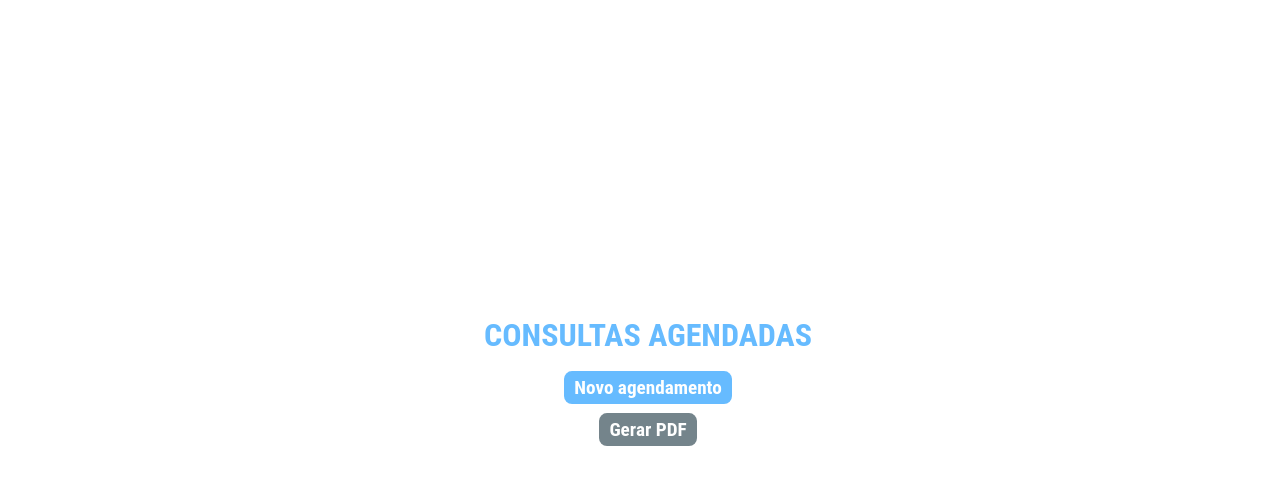
Repository: ohenriquesouza/HospitalCRUD-using-JavaEE
Page: http://localhost/JSP_test/main
These files come from the project's save history. The page is drawn as it stood at one moment and after the next save; the edit follows.
The browser window is 1280 px wide. The pictures show the whole page.
Some web fonts or font styles are not loaded; a fallback is used. The page is served by Tomcat 10. Other server files are loaded and not shown. Queries for data that is not in the repository find no rows.

Above is the page before, as saved 2022-12-28 15:56:40.

### JSP_test/src/main/webapp/cadastro.jsp
<%@ page language="java" contentType="text/html; charset=utf-8"
    pageEncoding="utf-8"%>
<%@ page import="model.JavaBeans" %>
<%@ page import="java.util.ArrayList" %>
<%
	ArrayList<JavaBeans> consultas = (ArrayList<JavaBeans>) request.getAttribute("consultasAgendadas");
%>
<!DOCTYPE html>
<html lang="pt-br">
<head>
<meta charset="utf-8">
<title>Cadastro de pacientes</title>
<link rel="icon" href="imgs/usericon.png">
<link rel="stylesheet" href="style.css">
</head>
<body>
	<center><h1>CONSULTAS AGENDADAS</h1></center>
	<center><a class="botao1" href="novaConsulta.html">Novo agendamento</a></center>
	<%if(consultas.size() > 0){ %>
	<table id="tabela">
		<thead>
			<tr>
				<th>ID</th>
				<th>Nome</th>
				<th>Número da carteira</th>
				<th>Plano de saúde</th>
				<th>Especialidade</th>
				<th>Opções</th>
			</tr>
		</thead>
		<tbody>
			<%for(int i = 0; i < consultas.size(); i++){ %>
			<tr>
				<td><%=consultas.get(i).getidPaciente() %></td>
				<td><%=consultas.get(i).getnomePaciente() %></td>
				<td><%=consultas.get(i).getnmCarteira() %></td>
				<td><%=consultas.get(i).getPlanSaude() %></td>
				<td><%=consultas.get(i).getespeci() %></td>
				<td><a href="select?idPaciente=<%=consultas.get(i).getidPaciente() %>" class="botao1">Editar</a>
				<a href="javascript: confirmacao(<%=consultas.get(i).getidPaciente() %>)" class="botao2">Remover</a></td>
			</tr>
			<%}} %>
		</tbody>



	</table>
	<br>
	<center><a href="relatorio" class="botao3">Gerar PDF</a></center>
	<script src="scripts/confirmacao.js"></script>
</body>
</html>

### JSP_test/src/main/java/controller/Controller.java
package controller;

import java.io.IOException;
import java.util.ArrayList;

import com.itextpdf.text.Document;
import com.itextpdf.text.Paragraph;
import com.itextpdf.text.pdf.PdfPCell;
import com.itextpdf.text.pdf.PdfPTable;
import com.itextpdf.text.pdf.PdfWriter;

import jakarta.servlet.RequestDispatcher;
import jakarta.servlet.ServletException;
import jakarta.servlet.annotation.WebServlet;
import jakarta.servlet.http.HttpServlet;
import jakarta.servlet.http.HttpServletRequest;
import jakarta.servlet.http.HttpServletResponse;
import model.DAO;
import model.JavaBeans;

@WebServlet(urlPatterns = { "/Controller", "/main", "/insert", "/select", "/edit", "/delete", "/relatorio" })
@SuppressWarnings("unused")
public class Controller extends HttpServlet {
	private static final long serialVersionUID = 1L;
	DAO dao = new DAO();
	JavaBeans consulta = new JavaBeans();

	public Controller() {
		super();

	}

	protected void doGet(HttpServletRequest request, HttpServletResponse response)
			throws ServletException, IOException {

		String action = request.getServletPath();
		System.out.println(action);
		if (action.equals("/main")) {
			consultas(request, response);
		} else if (action.equals("/insert")) {
			novoAgendamento(request, response);
		} else if (action.equals("/select")) {
			listarConsultas(request, response);
		} else if (action.equals("/edit")) {
			editarConsulta(request, response);
		} else if (action.equals("/delete")) {
			removeConsulta(request, response);
		} else if (action.equals("/relatorio")) {
			gerarpdf(request, response);
		} else {
			response.sendRedirect("index.html");
		}
	}

	protected void consultas(HttpServletRequest request, HttpServletResponse response)
			throws ServletException, IOException {

		ArrayList<JavaBeans> consultas = dao.visualizarConsultas();
		request.setAttribute("consultasAgendadas", consultas);
		RequestDispatcher rd = request.getRequestDispatcher("cadastro.jsp");
		rd.forward(request, response);
	}

	protected void novoAgendamento(HttpServletRequest request, HttpServletResponse response)
			throws ServletException, IOException {

		// System.out.println(request.getParameter("nome"));
		// System.out.println(request.getParameter("NmCarteira"));
		// System.out.println(request.getParameter("plan"));
		// System.out.println(request.getParameter("especs"));

		consulta.setnomePaciente(request.getParameter("nome"));
		consulta.setnmCarteira(request.getParameter("NmCarteira"));
		consulta.setPlanSaude(request.getParameter("plan"));
		consulta.setespeci(request.getParameter("especs"));

		dao.agendarConsulta(consulta);
		response.sendRedirect("main");
	}

	protected void listarConsultas(HttpServletRequest request, HttpServletResponse response)
			throws ServletException, IOException {

		String idPacienteAux = request.getParameter("idPaciente");
		consulta.setidPaciente(idPacienteAux);
		dao.selecionaConsulta(consulta);
		request.setAttribute("idPaciente", consulta.getidPaciente());
		request.setAttribute("nome", consulta.getnomePaciente());
		request.setAttribute("NmCarteira", consulta.getnmCarteira());
		request.setAttribute("plan", consulta.getPlanSaude());
		request.setAttribute("espcs", consulta.getespeci());
		RequestDispatcher rd = request.getRequestDispatcher("edit.jsp");
		rd.forward(request, response);
	}

	protected void editarConsulta(HttpServletRequest request, HttpServletResponse response)
			throws ServletException, IOException {
		// System.out.println(request.getParameter("iduser"));
		// System.out.println(request.getParameter("nome"));
		// System.out.println(request.getParameter("NmCarteira"));
		// System.out.println(request.getParameter("plan"));
		// System.out.println(request.getParameter("especs"));

		consulta.setidPaciente(request.getParameter("iduser"));
		consulta.setnomePaciente(request.getParameter("nome"));
		consulta.setnmCarteira(request.getParameter("NmCarteira"));
		consulta.setPlanSaude(request.getParameter("plan"));
		consulta.setespeci(request.getParameter("especs"));
		dao.alteraConsulta(consulta);
		response.sendRedirect("main");
	}

	protected void removeConsulta(HttpServletRequest request, HttpServletResponse response)
			throws ServletException, IOException {

		String idRemover = request.getParameter("idPaciente");
		consulta.setidPaciente(idRemover);
		dao.removeConsulta(consulta);
		response.sendRedirect("main");
	}

	protected void gerarpdf(HttpServletRequest request, HttpServletResponse response)
			throws ServletException, IOException {

		Document doc = new Document();
		int cont = 0;
		try {
			response.setContentType("apllication/pdf");
			response.addHeader("Content-Disposition", "inline; filename=" + "Consultas.pdf");
			PdfWriter.getInstance(doc, response.getOutputStream());
			doc.open();
			doc.add(new Paragraph("Consultas agendadas:"));
			doc.add(new Paragraph(" "));
			PdfPTable table = new PdfPTable(4);
			PdfPCell col1 = new PdfPCell(new Paragraph("Nome"));
			PdfPCell col2 = new PdfPCell(new Paragraph("Nº da carteira"));
			PdfPCell col3 = new PdfPCell(new Paragraph("Plano de Saúde"));
			PdfPCell col4 = new PdfPCell(new Paragraph("Especialidade"));
			table.addCell(col1);
			table.addCell(col2);
			table.addCell(col3);
			table.addCell(col4);
			ArrayList<JavaBeans> consultas = dao.visualizarConsultas();
			for (int i = 0; i < consultas.size(); i++) {
				table.addCell(consultas.get(i).getnomePaciente());
				table.addCell(consultas.get(i).getnmCarteira());
				table.addCell(consultas.get(i).getPlanSaude());
				table.addCell(consultas.get(i).getespeci());
				cont++;
			}
			doc.add(table);
			doc.add(new Paragraph("No total, foram agendadas " + cont + " consultas."));
			doc.close();
		} catch (Exception e) {
			System.out.println(e);
			doc.close();
		}
	}
}

### JSP_test/src/main/webapp/style.css
@charset "utf-8";
@import url('https://fonts.googleapis.com/css2?family=Roboto+Condensed:wght@300&display=swap');
body{
    position: absolute;
    top: 50%;
    left: 50%;
    transform: translate(-50%, -50%);
	font-size: 1em;
	font-weight: 400;
	font-family: 'Roboto Condensed', sans-serif;
}
h1{
	color: #66bbff;
}
.botao1{
	text-decoration: none;
	background-color: #66bbff;
	padding: 5px 10px 5px 10px;
	color: #fff;
	font-size: 1.2em;
	font-weight: 700;
	border-radius: 8px;
	cursor: pointer;
}
.botao2{
	text-decoration: none;
	background-color: #DB4437;
	padding: 5px 10px 5px 10px;
	color: #fff;
	font-size: 1.2em;
	font-weight: 700;
	border-radius: 8px;
	cursor: pointer;
}
.botao3{
	text-decoration: none;
	background-color: #74848b;
	padding: 5px 10px 5px 10px;
	color: #fff;
	font-size: 1.2em;
	font-weight: 700;
	border-radius: 8px;
	cursor: pointer;
}
.imgpdf{
	padding:2px;
	margin-top:2px;
}
 .box{
                position: absolute;
                top: 50%;
                left: 50%;
                transform: translate(-50%, -50%);
                padding: 15px;
                border-radius: 10px;
}
#tabela{
	margin-top: 30px;
	border-collapse: collapse;
}
#tabela th{
	border: 1px solid #ddd;
	padding: 10px;
	text-align: left;
	background-color: #66bbff;
	color:#fff;
}
#tabela td{
	border: 1px solid #ddd;
	padding: 10px;
}

### JSP_test/src/main/webapp/scripts/confirmacao.js
function confirmacao(idPaciente){
	let retorno = confirm("Tem certeza que deseja excluir este agendamento permanentemente?")
	if(retorno == true){
		window.location.href="delete?idPaciente=" + idPaciente
	}
}

After the next save:
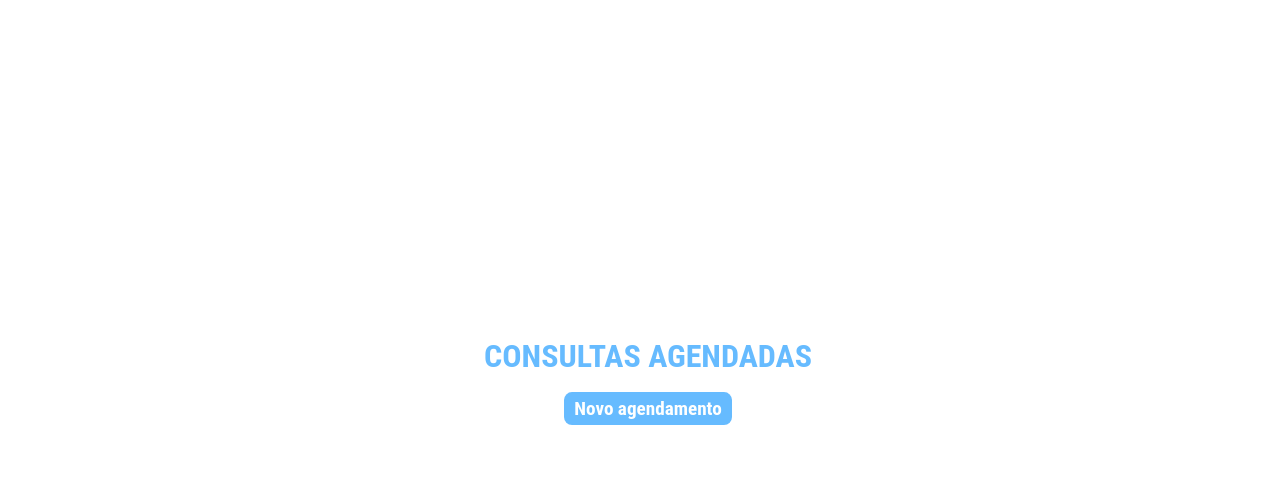
Saved 38 s later.
--- a/JSP_test/src/main/webapp/cadastro.jsp
+++ b/JSP_test/src/main/webapp/cadastro.jsp
@@ -39,7 +39,7 @@
 				<td><a href="select?idPaciente=<%=consultas.get(i).getidPaciente() %>" class="botao1">Editar</a>
 				<a href="javascript: confirmacao(<%=consultas.get(i).getidPaciente() %>)" class="botao2">Remover</a></td>
 			</tr>
-			<%}} %>
+			<%} %>
 		</tbody>
 
 
@@ -47,6 +47,7 @@
 	</table>
 	<br>
 	<center><a href="relatorio" class="botao3">Gerar PDF</a></center>
+	<%} %>
 	<script src="scripts/confirmacao.js"></script>
 </body>
 </html>
